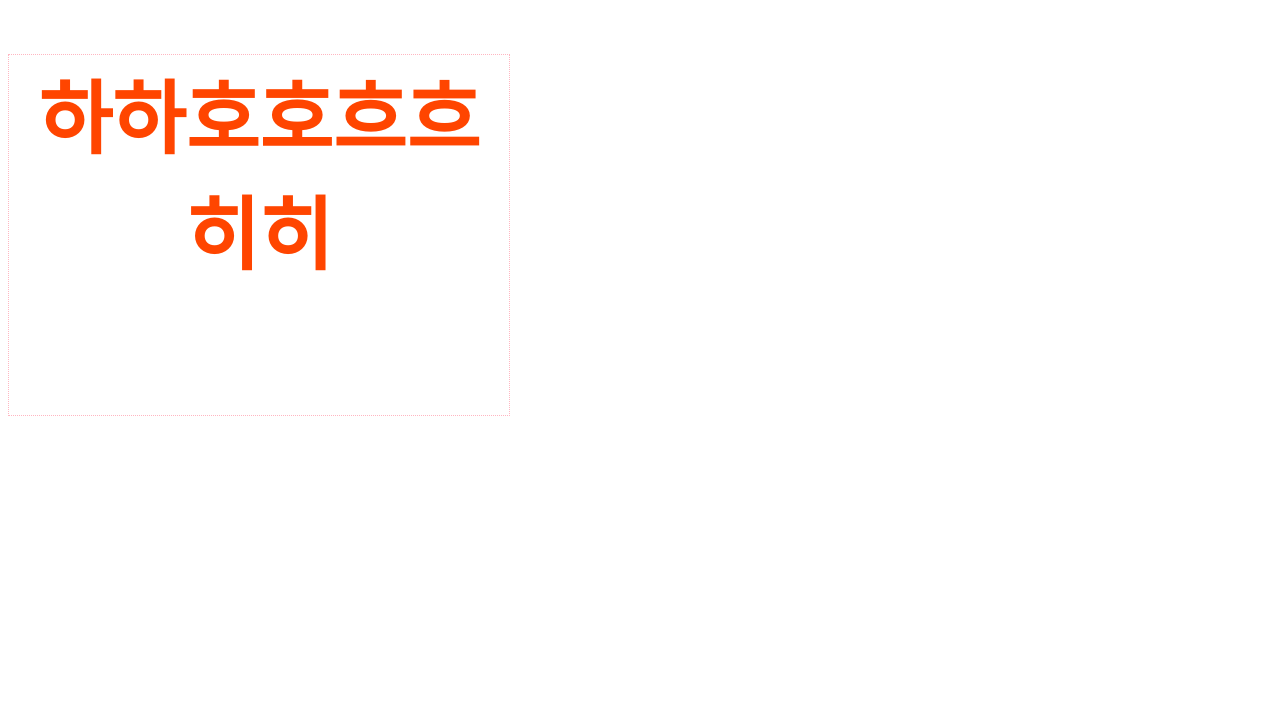
Repository: whgdkfk/web-workspace
Page: BurgerKingProject/src/main/webapp/index.html
These files come from the project's save history. The page is drawn as it stood at one moment and after the next save; the edit follows.
The browser window is 1280 px wide. The pictures show the whole page.

Above is the page before, as saved 2025-03-07 05:27:16.

After the next save:
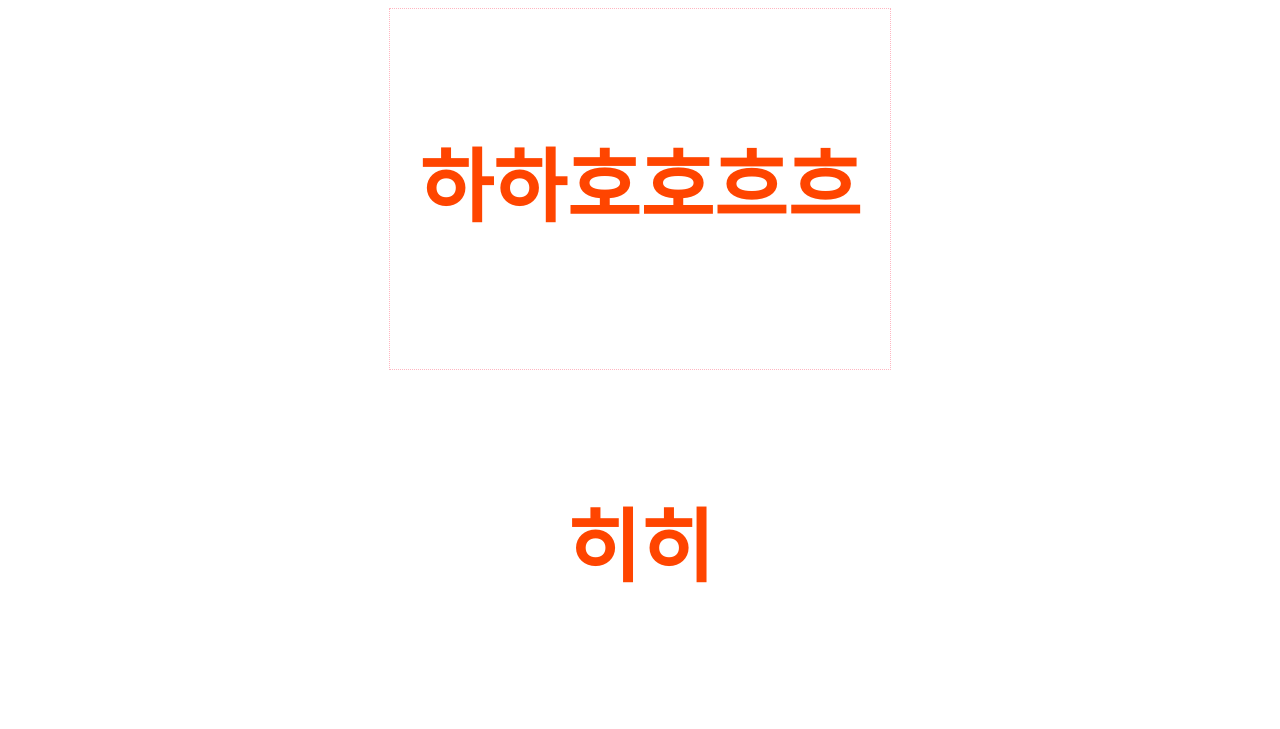
Saved 23 s later.
--- a/BurgerKingProject/src/main/webapp/index.html
+++ b/BurgerKingProject/src/main/webapp/index.html
@@ -11,7 +11,8 @@
 		width: 500px;
 		height: 360px;
 		border: 1px dotted lightpink;
-		margin:
+		margin: auto;
+		line-height: 360px;
 	}
 </style>
 </head>
